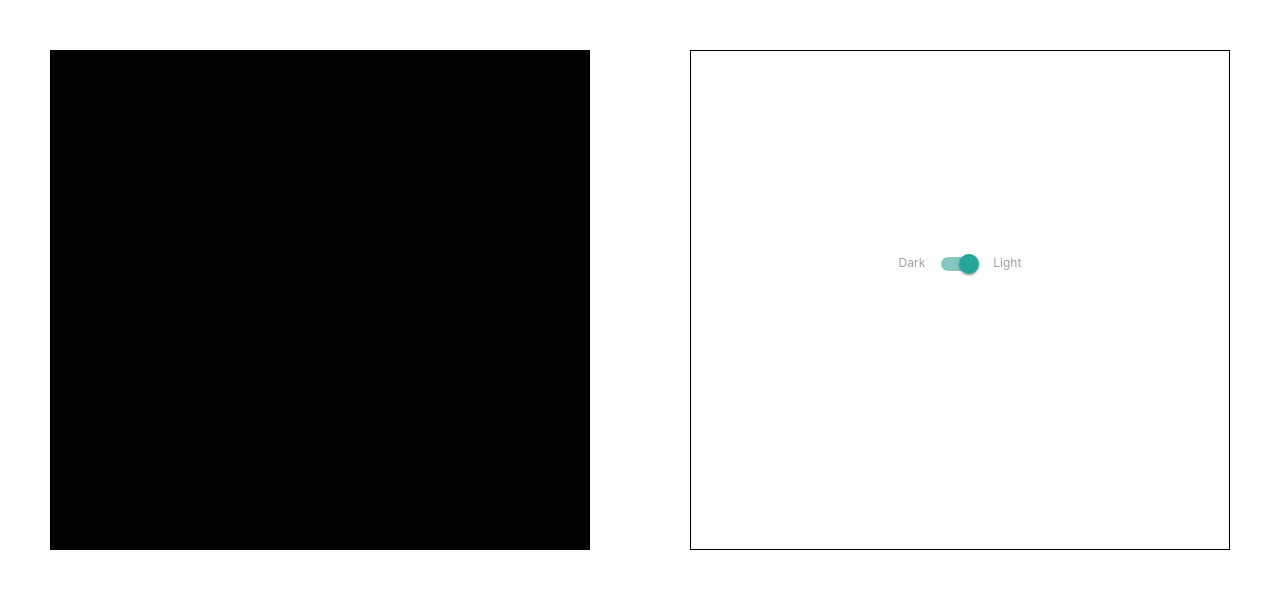
Repository: imrvj/Dark-Light-Mode
Page: /
The author's editor kept a copy of each file at every save. The page is drawn from the files as they stood at one save, then again after the next save.
The browser window is 1280 px wide. The pictures show the whole page.
The project was rebuilt for these pictures with package versions that can differ from the ones it lists, and the page was loaded fresh each time.

Above is the page before, as saved 2020-02-20 12:40:28.

After the next save:
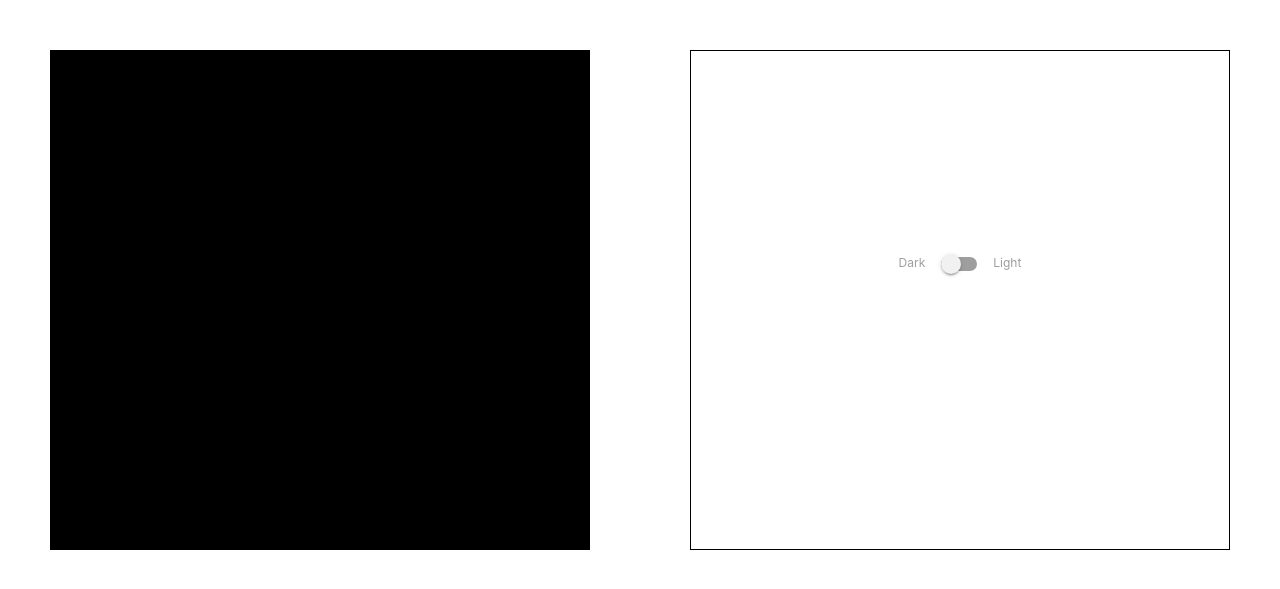
Saved 9 s later.
--- a/src/App.js
+++ b/src/App.js
@@ -12,7 +12,7 @@ function App() {
       <div class="switch">
     <label>
       Dark
-      <input type="checkbox" onChange={()=>setColor("white")} checked={true}/>
+      <input type="checkbox" onChange={()=>setColor("white")} checked={ischecked}/>
       <span className="lever"></span>
       Light
     </label>

After the save that followed:
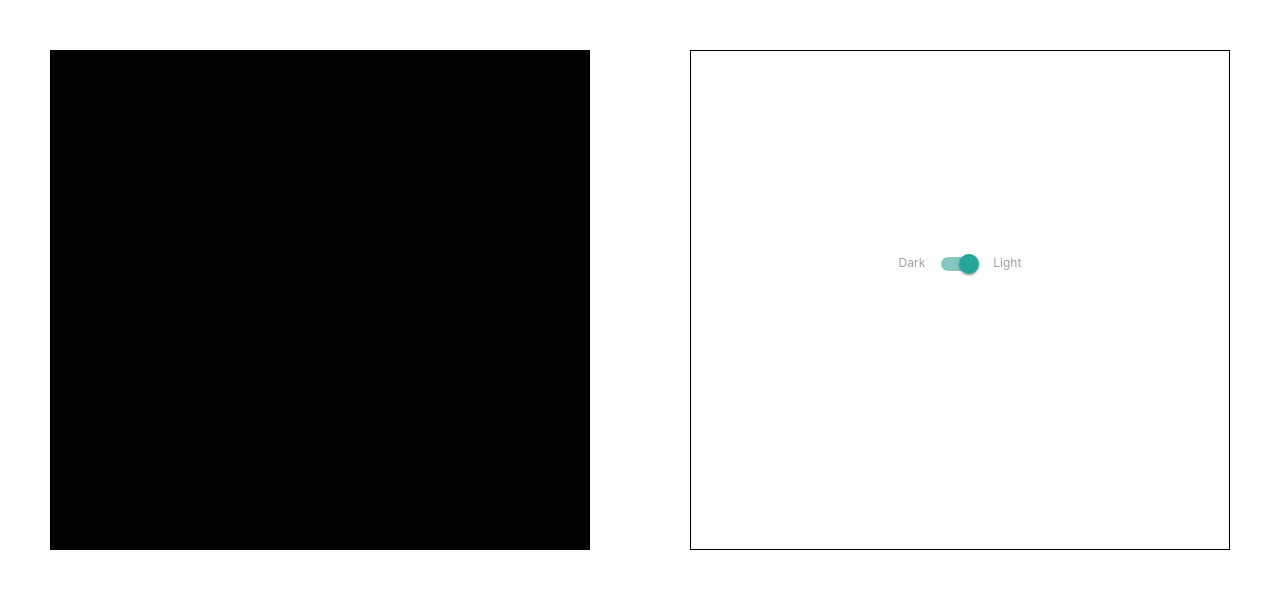
Saved 9 s later.
--- a/src/App.js
+++ b/src/App.js
@@ -4,7 +4,7 @@ import './App.css';
 
 function App() {
   const [Color, setColor] = useState("black")
-  const [ischecked, setIschecked] = useState(false)
+  const [ischecked, setIschecked] = useState(!false)
   return (
     <div className="App">
       <div className="Box" style={{backgroundColor:Color}}></div>
